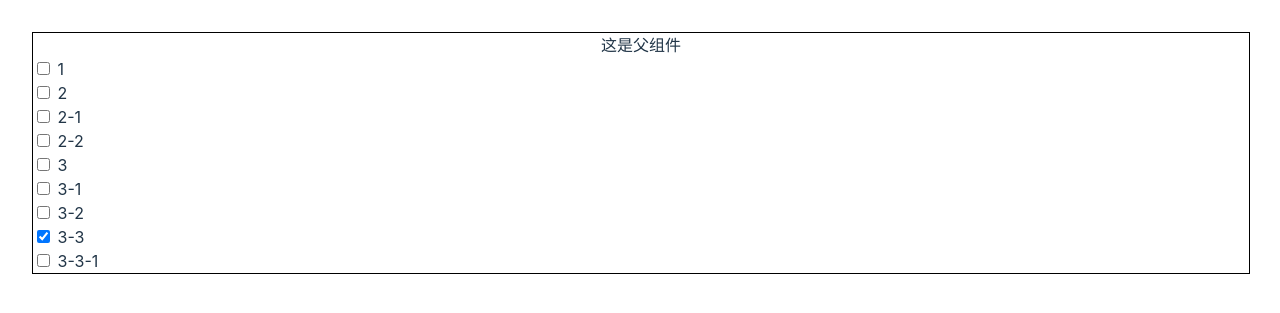
Repository: LeeypOR/management-system
Page: /
An editor plug-in stored every save of this project. The page is shown before and after the next save, followed by the edit.
The browser window is 1280 px wide. The pictures show the whole page.
The project was rebuilt for these pictures with package versions that can differ from the ones it lists, and the page was loaded fresh each time. Also part of the build but not shown: vite.config.ts.

Above is the page before, as saved 2023-02-22 16:16:33.
Console error: SyntaxError: Cannot use import statement outside a module

### index.html
<!DOCTYPE html>
<html lang="en">
  <head>
    <meta charset="UTF-8" />
    <link rel="icon" type="image/svg+xml" href="/vite.svg" />
    <script text="module" charset="UTF-8" src="./src/three.js/Three.js"></script>
    <meta name="viewport" content="width=device-width, initial-scale=1.0" />
    <title>Vite + Vue + TS</title>
  </head>
  <body>
    <div id="app" style="width: 100%;height: 100%;"></div>
    <script type="module" src="/src/main.ts"></script>
  </body>
</html>

### src/main.ts
import { createApp } from 'vue'
import './style.css'
import App from './App.vue'





createApp(App).mount('#app')

### src/style.css
:root {
  font-family: Inter, Avenir, Helvetica, Arial, sans-serif;
  font-size: 16px;
  line-height: 24px;
  font-weight: 400;

  color-scheme: light dark;
  color: rgba(255, 255, 255, 0.87);
  background-color: #242424;

  font-synthesis: none;
  text-rendering: optimizeLegibility;
  -webkit-font-smoothing: antialiased;
  -moz-osx-font-smoothing: grayscale;
  -webkit-text-size-adjust: 100%;
}

a {
  font-weight: 500;
  color: #646cff;
  text-decoration: inherit;
}
a:hover {
  color: #535bf2;
}

body {
  margin: 0;
  display: flex;
  place-items: center;
  min-width: 320px;
  min-height: 100%;
}

h1 {
  font-size: 3.2em;
  line-height: 1.1;
}

button {
  border-radius: 8px;
  border: 1px solid transparent;
  padding: 0.6em 1.2em;
  font-size: 1em;
  font-weight: 500;
  font-family: inherit;
  background-color: #1a1a1a;
  cursor: pointer;
  transition: border-color 0.25s;
}
button:hover {
  border-color: #646cff;
}
button:focus,
button:focus-visible {
  outline: 4px auto -webkit-focus-ring-color;
}

.card {
  padding: 2em;
}

#app {
  max-width: 1280px;
  margin: 0 auto;
  padding: 2rem;
  text-align: center;
}

@media (prefers-color-scheme: light) {
  :root {
    color: #213547;
    background-color: #ffffff;
  }
  a:hover {
    color: #747bff;
  }
  button {
    background-color: #f9f9f9;
  }
}

### src/App.vue


<template>
  <!-- <div class="base" v-for="item in Arr" :key="item">
    {{item.name}}
  </div> -->
  <!-- <HelloWorld></HelloWorld> -->
  <!-- <Watch></Watch> -->
  <Index></Index>
</template>

<script setup lang="ts">
// This starter template is using Vue 3 <script setup> SFCs
// Check out https://vuejs.org/api/sfc-script-setup.html#script-setup
// import HelloWorld from './components/HelloWorld.vue'
// import Watch from './components/Watch.vue'
import Index from './pages/index.vue'

</script>

<style scoped>
body{
  width: 100%;
  height: 100%;
}
#app{
  width: 100%;
  height: 100%;
}
.logo {
  height: 6em;
  padding: 1.5em;
  will-change: filter;
}
.logo:hover {
  filter: drop-shadow(0 0 2em #646cffaa);
}
.logo.vue:hover {
  filter: drop-shadow(0 0 2em #42b883aa);
}
</style>

### src/pages/index.vue
<template>
  <div class="index">
    <header>
      这是父组件
    </header>
    <body>
      <Children1 :data="data"></Children1>
    </body>
  </div>
</template>


<script setup lang="ts">
import Children1 from '../components/Children1.vue'
import {reactive} from 'vue'

interface Tree {
  name:string,
  checked:boolean,
  children?:Tree[]
}

const data = reactive<Tree[]>([
  {
    name:'1',
    checked:false,
  },
  {
    name:'2',
    checked:false,
    children:[
      {
        name:'2-1',
        checked:false
      },
      {
        name:'2-2',
        checked:false
      },
    ]
  },
  {
    name:'3',
    checked:false,
    children:[
      {
        name:'3-1',
        checked:false
      },
      {
        name:'3-2',
        checked:false
      },
      {
        name:'3-3',
        checked:true,
        children:[
          {
            name:'3-3-1',
            checked:false
          }
        ]
      },
    ]
  }
])
</script>

<style  scoped>
  .index{
    border: 1px solid #000;
    width: 100%;
    height: 100%;
  }
</style>

### src/components/Children1.vue
<template>
  <div class="children1">

    <div v-for="item in data">
      <input type="checkbox" v-model="item.checked"> <span>{{ item.name }}</span>
      <Children1 v-if="item?.children?.length" :data="item?.children"></Children1>
    </div>
  </div>
</template>

<script setup lang="ts">
import { reactive } from 'vue'

interface Tree {
  name: string,
  checked: boolean,
  children?: Tree[]
}

defineProps<{
  data?:Tree[]
}>()
</script>

<style>
  .children1{
    width: 100px;
    /* float:right; */
    text-align: left;
  }
</style>

Loaded but not shown: src/three.js/Three.js (library)

After the next save:
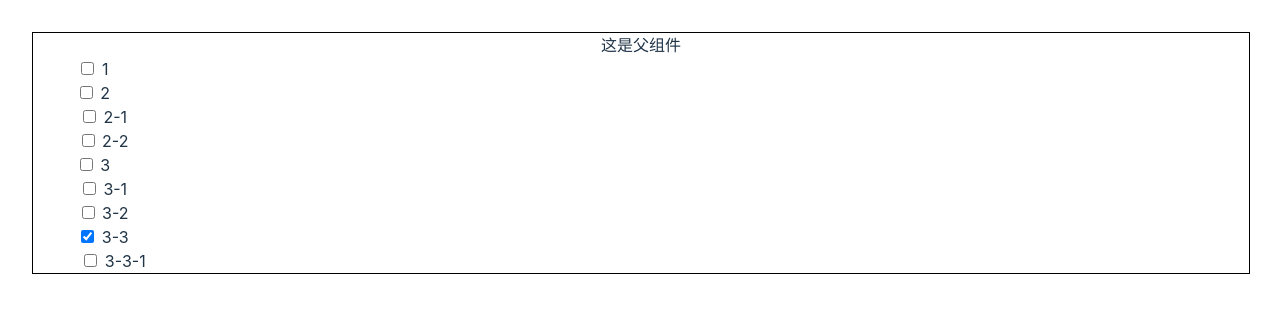
Saved 20 s later.
--- a/src/components/Children1.vue
+++ b/src/components/Children1.vue
@@ -26,6 +26,6 @@ defineProps<{
   .children1{
     width: 100px;
     /* float:right; */
-    text-align: left;
+    margin-left: 10px;
   }
 </style>
